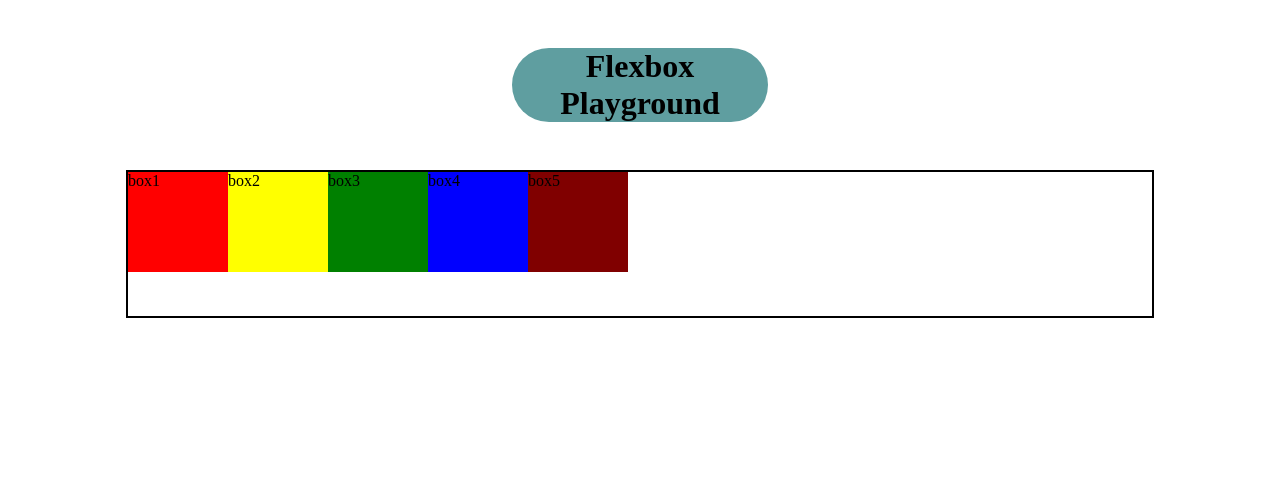
Repository: rakeshkolpepatil/CSS_Apana_College
Page: index.html
An editor plug-in stored every save of this project. The page is shown before and after the next save, followed by the edit.
The browser window is 1280 px wide. The pictures show the whole page.

Above is the page before, as saved 2023-06-24 20:47:15.

### index.html
<!DOCTYPE html>
<html lang="en">
<head>
  <meta charset="UTF-8">
  <meta name="viewport" content="width=device-width, initial-scale=1.0">
  <link rel="stylesheet" href="styleSeven.css"/>
  <title>Flexbox</title>
</head>
<body>
  <h1> Flexbox Playground </h1>
  <div id="container">
    <div id="box1" class="box"> box1 </div>
    <div id="box2" class="box"> box2 </div>
    <div id="box3" class="box"> box3 </div>
    <div id="box4" class="box"> box4 </div>
    <div id="box5" class="box"> box5 </div>
  </div>
</body>
</html>

### styleSeven.css
*{
  margin: 0px;
  padding: 0px;
}

h1{
  text-align: center;
  margin: auto;
  margin-top:3rem;
  margin-bottom: 3rem;
  background-color:cadetblue;
  width: 20vw;
  border-radius: 10rem
}

#container{
  display: flex;
  border: 2px solid black;
  height: 20vh;
  width: 80vw;
  margin: auto;
}
.box{
  width: 100px;
  height: 100px;
}
#box1{
  background-color: red;
}
#box2{
  background-color: yellow;
}
#box3{
  background-color: green;
}
#box4{
  background-color: blue;
}
#box5{
  background-color: maroon;
}

After the next save:
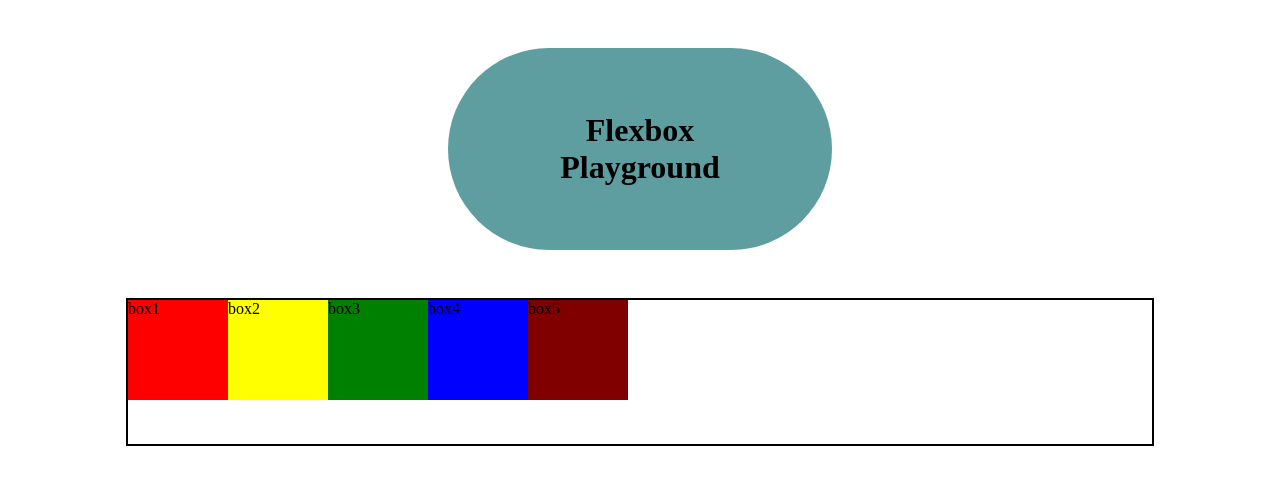
Saved 11 s later.
--- a/styleSeven.css
+++ b/styleSeven.css
@@ -10,7 +10,8 @@ h1{
   margin-bottom: 3rem;
   background-color:cadetblue;
   width: 20vw;
-  border-radius: 10rem
+  border-radius: 10rem;
+  padding: 4rem;
 }
 
 #container{
